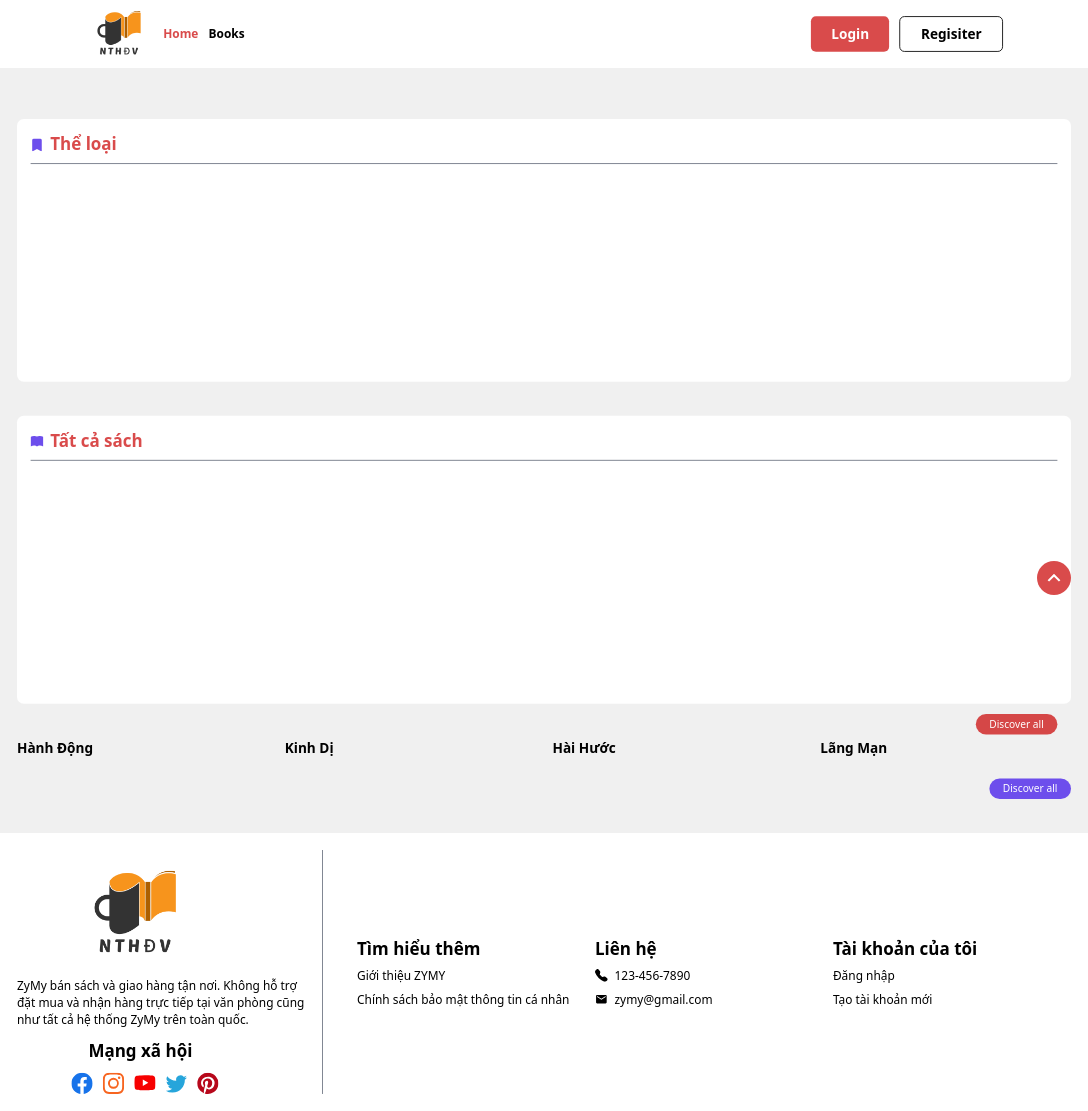
Repository: NguyenDinhThuyVy/website_selling_books
Page: / (app in FrontEnd/)
These files come from the project's save history. The page is drawn as it stood at one moment and after the next save; the edit follows.
The browser window is 1280 px wide. The pictures show the whole page, at 85% of full size.
The page's requests for data from a server got no answer. The project was rebuilt for these pictures with package versions that can differ from the ones it lists, and the page was loaded fresh each time. Some packages were replaced by stand-ins written for this rebuild. The framework's server and built-in components were replaced by stand-ins that run in the browser. No one was signed in, and anything a server would have sent is missing. Also part of the build but not shown: FrontEnd/next.config.js, FrontEnd/src/components/InforLogin/styles.scss, FrontEnd/src/components/InforLogin/index.jsx, FrontEnd/src/app/(default)/(public)/home/components/CategoryColumn/CategoryColumnContent/index.jsx, FrontEnd/src/styles/CategoryItem.scss, FrontEnd/src/app/(default)/(public)/home/components/CategoryItem/index.jsx, FrontEnd/src/app/(default)/(public)/home/components/BannerItem/index.jsx, FrontEnd/src/styles/BookItem.scss and 1 more.

Above is the page before, as saved 2023-12-10 14:55:16.

### FrontEnd/src/app/layout.jsx
'use client';

import classNames from 'classnames';
import { Inter, Montserrat } from 'next/font/google';
import Script from 'next/script';

import './globals.css';
import 'react-toastify/dist/ReactToastify.css';
import 'swiper/scss/scrollbar';
import 'swiper/scss/pagination';
import 'swiper/css/navigation';
import 'swiper/scss';
import '../../node_modules/nprogress/nprogress.css';
import 'sweetalert2/src/sweetalert2.scss';
import { ToastContainer } from 'react-toastify';
import { Provider } from 'react-redux';
import store from '@/redux/store';
import Backtop from '@/components/Backtop';

const inter = Inter({
  subsets: ['latin'],
  variable: '--font-inter',
});

const montserrat = Montserrat({
  subsets: ['latin'],
  variable: '--font-montserrat',
});

export default function RootLayout({ children }) {
  return (
    <html lang="en">
      <head>
        {/* <Script>
          {typeof window !== 'undefined' &&
            (function (w, d, s, l, i) {
              w[l] = w[l] || [];
              w[l].push({ 'gtm.start': new Date().getTime(), event: 'gtm.js' });
              var f = d.getElementsByTagName(s)[0],
                j = d.createElement(s),
                dl = l != 'dataLayer' ? '&l=' + l : '';
              j.async = true;
              j.src = 'https://www.googletagmanager.com/gtm.js?id=' + i + dl;
              f.parentNode.insertBefore(j, f);
            })(window, document, 'script', 'dataLayer', 'GTM-WV3P6XBH')}
        </Script> */}
        <Script
          async
          src="https://www.googletagmanager.com/gtag/js?id=G-Y35FP8XXTL"
        ></Script>
        <Script
          id="clarity_script"
          strategy="afterInteractive"
          dangerouslySetInnerHTML={{
            __html: `
              window.dataLayer = window.dataLayer || [];
              function gtag(){dataLayer.push(arguments);}
              gtag('js', new Date());
              gtag('config', 'G-Y35FP8XXTL');
            `,
          }}
        />
      </head>
      <body
        className={classNames(
          inter.variable,
          montserrat.variable,
          'flex flex-col min-h-screen'
        )}
      >
        <Provider store={store}>{children}</Provider>
        <ToastContainer autoClose={1000} />
        <Backtop />
      </body>
    </html>
  );
}

### FrontEnd/src/app/page.jsx
import React from 'react';

const HomePage = React.lazy(() => import('./(default)/(public)/home'));

export default HomePage;

### FrontEnd/src/app/globals.css
@tailwind base;
@tailwind components;
@tailwind utilities;

@layer base {
  body {
    background-color: #f0f0f0;
  }
  .wrapper-content {
    max-width: 1340px;
    margin: 0 auto;
    padding: 0 20px;
  }
  .book-list .swiper,
  .category-list .swiper,
  .list-comment .swiper {
    height: 100%;
  }
  .button-next,
  .button-prev {
    position: relative;
    z-index: 20;
  }
  .book-list .swiper .swiper-pagination {
    transform: translateY(12px);
    z-index: 20;
  }
}

### FrontEnd/src/redux/store.jsx
import { configureStore } from '@reduxjs/toolkit';
import rootReducer from './reducers/index';

const store = configureStore({
  reducer: rootReducer,
  // Các tùy chọn khác như middleware có thể được thêm ở đây
});

export default store;

### FrontEnd/src/components/Backtop/index.jsx
import Link from 'next/link';
import React from 'react';
import { MdOutlineKeyboardArrowUp } from 'react-icons/md';

const Backtop = () => {
  return (
    <span className="fixed bottom-5 right-5 rounded-full z-30 w-10 h-10 backtop bg-[#ce1515c4] flex items-center justify-center hover:bg-opacity-70 transition-all">
      <Link href="#" className="flex items-center justify-center w-full h-full">
        <MdOutlineKeyboardArrowUp size="30px" color="white" />
      </Link>
    </span>
  );
};

export default Backtop;

### FrontEnd/src/app/(default)/(public)/home/index.jsx
'use client';

import routes from '@/constant/routes';
import Link from 'next/link';
import Heading from '@/components/Heading';
import Header from '@/components/layout/Header';
import Footer from '@/components/layout/Footer';
import CategoryColumnHorror from './components/CategoryColumn/CategoryColumnHorror';
import Category from './components/Category';
import Banner from './components/Banner';
import { BsFillBookmarkFill, BsFillBookFill } from 'react-icons/bs';
import BookList from '@/components/BookList';
import CategoryColumnAction from './components/CategoryColumn/CategoryColumnAction';
import CategoryColumnRomance from './components/CategoryColumn/CategoryColumnRomance';
import CategoryComedy from './components/CategoryColumn/CategoryComedy';

export default function Home() {
  return (
    <main>
      <Header />
      <div className="banner">
        <Banner />
      </div>
      <div className="mt-10 wrapper-content">
        <div className="w-full p-4 bg-white rounded-lg">
          <div className="flex items-center pb-2 border-b border-b-gray-500 gap-x-2">
            <BsFillBookmarkFill size="15px" color="#6d4eec" />
            <Heading>Thể loại</Heading>
          </div>
          <Category />
        </div>
        <div className="w-full p-4 mt-10 bg-white rounded-lg">
          <div className="flex items-center pb-2 border-b border-b-gray-500 gap-x-2">
            <BsFillBookFill size="15px" color="#6d4eec" />
            <Heading>Tất cả sách</Heading>
          </div>
          <BookList />
        </div>
        <div className="flex mt-10 gap-x-5">
          <div className="w-1/4">
            <CategoryColumnAction />
          </div>
          <div className="w-1/4">
            <CategoryColumnHorror />
          </div>
          <div className="w-1/4">
            <CategoryComedy />
          </div>
          <div className="w-1/4">
            <CategoryColumnRomance />
          </div>
        </div>
        <span className="flex justify-end mt-3">
          <Link
            href={routes.ALLBOOK}
            className="inline-block py-1 text-xs px-4 bg-[#6d4eec] text-white rounded-3xl hover:bg-opacity-70 transition-all"
          >
            Discover all
          </Link>
        </span>
      </div>
      <Footer />
    </main>
  );
}

### FrontEnd/src/redux/reducers/index.jsx
import { combineReducers } from '@reduxjs/toolkit';
import menuReducer from './menuReducer';
import formAddReducer from './formAddReducer';
import globalReducer from './globalReducer';
import updateInforReducer from './updateInforReducer';

const rootReducer = combineReducers({
  menu: menuReducer,
  form: formAddReducer,
  darkMode: globalReducer,
  updateInfor: updateInforReducer,
  // Thêm các reducer khác ở đây
});

export default rootReducer;

### FrontEnd/src/components/Heading/index.jsx
const Heading = ({ children }) => {
  return (
    <div className="text-xl font-semibold text-[#ce1515c4]">{children}</div>
  );
};

export default Heading;

### FrontEnd/src/app/(default)/(public)/home/components/CategoryColumn/CategoryColumnHorror/index.jsx
'use client';

import React, { useState } from 'react';
import CategoryColumnContent from '../CategoryColumnContent';
import { getBookByCategory } from '@/services/bookService';
import { useEffect } from 'react';

const CategoryColumnHorror = () => {
  const [listBookHorror, setListBookHorror] = useState([]);
  const fetchBookByHorror = async () => {
    const res = await getBookByCategory('Horror');
    if (res && res?.data?.errCode === 0) {
      setListBookHorror(res?.data?.book);
    }
  };
  useEffect(() => {
    fetchBookByHorror();
  }, []);
  return (
    <>
      <h1 className="mb-3 font-semibold">Kinh Dị</h1>
      <div className="flex w-full gap-x-3">
        <div className="flex flex-col w-full bg-white rounded-lg">
          {listBookHorror?.length > 0 &&
            listBookHorror
              ?.slice(0, 5)
              ?.map((book, index) => (
                <CategoryColumnContent key={index} data={book} />
              ))}
        </div>
      </div>
    </>
  );
};

export default CategoryColumnHorror;

### FrontEnd/src/app/(default)/(public)/home/components/Category/index.jsx
'use client';

import CategoryItem from '../CategoryItem';
import { Swiper, SwiperSlide } from 'swiper/react';
import { Navigation, Pagination } from 'swiper';
import { useState } from 'react';
import { getAllCategory } from '@/services/categories';
import { useEffect } from 'react';

const Category = () => {
  const [listCategory, setListCategory] = useState([]);
  const fetchListCategory = async () => {
    const res = await getAllCategory();
    if (res && res?.data?.errCode === 0) {
      setListCategory(res?.data?.categories);
    }
  };
  useEffect(() => {
    fetchListCategory();
  }, []);
  return (
    <div className="mt-5 category-list h-[220px]">
      <Swiper
        modules={[Navigation, Pagination]}
        spaceBetween={20}
        slidesPerView={6}
        navigation
        grabCursor={'true'}
        pagination={{ clickable: true }}
      >
        {listCategory?.length > 0 &&
          listCategory?.map((category, index) => (
            <SwiperSlide key={index}>
              <CategoryItem category={category} />
            </SwiperSlide>
          ))}
      </Swiper>
    </div>
  );
};

export default Category;

### FrontEnd/src/app/(default)/(public)/home/components/Banner/index.jsx
'use client';

import { useState } from 'react';
import BannerItem from '../BannerItem';
import { Navigation, Pagination, Scrollbar, A11y } from 'swiper';
import { Swiper, SwiperSlide } from 'swiper/react';
import { getAllBookWithPagination } from '@/services/bookService';
import { useEffect } from 'react';

const Banner = () => {
  const [listBook, setListBook] = useState([]);
  const fectchBannerBook = async () => {
    const res = await getAllBookWithPagination(1, 4);
    if (res && res?.data) {
      setListBook(res?.data?.books);
    }
  };
  useEffect(() => {
    fectchBannerBook();
  }, []);
  return (
    <div className="mt-5 cursor-pointer">
      <Swiper
        modules={[Navigation, Pagination, Scrollbar, A11y]}
        slidesPerView={1}
        pagination={{ clickable: true }}
      >
        {listBook?.length > 0 &&
          listBook?.slice(0, 4)?.map((book, index) => (
            <SwiperSlide key={index}>
              <BannerItem book={book}></BannerItem>
            </SwiperSlide>
          ))}
      </Swiper>
    </div>
  );
};

export default Banner;

### FrontEnd/src/components/BookList/index.jsx
'use client';

import React, { useState } from 'react';
import { Swiper, SwiperSlide } from 'swiper/react';
import { Navigation, Pagination } from 'swiper';
import { getAllBookWithPagination } from '@/services/bookService';
import { useEffect } from 'react';
import Link from 'next/link';
import '../../styles/SwiperButton.scss';
import BookItem from '../BookItem';
import routes from '@/constant/routes';

const BookList = () => {
  const [listBook, setListBook] = useState([]);
  const fetchAllBook = async () => {
    const res = await getAllBookWithPagination(1, 100000);
    if (res && res?.data) {
      setListBook(res?.data?.books);
    }
  };
  useEffect(() => {
    fetchAllBook();
  }, []);
  return (
    <div className="mt-5 book-list h-[250px]">
      <Swiper
        modules={[Navigation, Pagination]}
        spaceBetween={20}
        slidesPerView={6}
        navigation
        grabCursor={'true'}
        pagination={{ clickable: true }}
      >
        {listBook?.length > 0 &&
          listBook?.slice(0, 11)?.map((book, index) => (
            <SwiperSlide key={index}>
              <BookItem data={book} />
            </SwiperSlide>
          ))}
      </Swiper>
      <span className="flex justify-end mt-7">
        <Link
          href={routes.ALLBOOK}
          className="inline-block py-1 text-xs px-4 bg-[#ce1515c4] text-white rounded-3xl hover:bg-opacity-70 transition-all"
        >
          Discover all
        </Link>
      </span>
    </div>
  );
};

export default BookList;

### FrontEnd/src/app/(default)/(public)/home/components/CategoryColumn/CategoryColumnAction/index.jsx
'use client';

import React, { useEffect, useState } from 'react';
import CategoryColumnContent from '../CategoryColumnContent';
import { getBookByCategory } from '@/services/bookService';

const CategoryColumnAction = () => {
  const [listBookAction, setListBookAction] = useState([]);
  const fetchBookByAction = async () => {
    const res = await getBookByCategory('Action');
    if (res && res?.data?.errCode === 0) {
      setListBookAction(res?.data?.book);
    }
  };
  useEffect(() => {
    fetchBookByAction();
  }, []);
  return (
    <>
      <h1 className="mb-3 font-semibold">Hành Động</h1>
      <div className="flex w-full gap-x-3">
        <div className="flex flex-col w-full bg-white rounded-lg">
          {listBookAction?.length > 0 &&
            listBookAction
              ?.slice(0, 5)
              ?.map((book, index) => (
                <CategoryColumnContent key={index} data={book} />
              ))}
        </div>
      </div>
    </>
  );
};

export default CategoryColumnAction;

### FrontEnd/src/app/(default)/(public)/home/components/CategoryColumn/CategoryColumnRomance/index.jsx
'use client';

import React, { useEffect, useState } from 'react';
import CategoryColumnContent from '../CategoryColumnContent';
import { getBookByCategory } from '@/services/bookService';

const CategoryColumnRomance = () => {
  const [listBookRomance, setListBookRomance] = useState([]);
  const fetchBookByRomance = async () => {
    const res = await getBookByCategory('Romance');
    if (res && res?.data?.errCode === 0) {
      setListBookRomance(res?.data?.book);
    }
  };
  useEffect(() => {
    fetchBookByRomance();
  }, []);
  return (
    <>
      <h1 className="mb-3 font-semibold">Lãng Mạn</h1>
      <div className="flex w-full gap-x-3">
        <div className="flex flex-col w-full bg-white rounded-lg">
          {listBookRomance?.length > 0 &&
            listBookRomance
              ?.slice(0, 5)
              ?.map((book, index) => (
                <CategoryColumnContent key={index} data={book} />
              ))}
        </div>
      </div>
    </>
  );
};

export default CategoryColumnRomance;

### FrontEnd/src/app/(default)/(public)/home/components/CategoryColumn/CategoryComedy/index.jsx
'use client';

import React, { useEffect, useState } from 'react';
import CategoryColumnContent from '../CategoryColumnContent';
import { getBookByCategory } from '@/services/bookService';

const CategoryComedy = () => {
  const [listBookComedy, setBookListComedy] = useState([]);
  const fetchBookByComedy = async () => {
    const res = await getBookByCategory('Comedy');
    if (res && res?.data?.errCode === 0) {
      setBookListComedy(res?.data?.book);
    }
  };
  useEffect(() => {
    fetchBookByComedy();
  }, []);
  return (
    <>
      <h1 className="mb-3 font-semibold">Hài Hước</h1>
      <div className="flex w-full gap-x-3">
        <div className="flex flex-col w-full bg-white rounded-lg">
          {listBookComedy?.length > 0 &&
            listBookComedy
              ?.slice(0, 5)
              ?.map((book, index) => (
                <CategoryColumnContent key={index} data={book} />
              ))}
        </div>
      </div>
    </>
  );
};

export default CategoryComedy;

### FrontEnd/src/redux/reducers/menuReducer.jsx
// reducers/counterSlice.ts
import { createSlice } from '@reduxjs/toolkit';

const initialState = {
  collapsed: false,
};
const menuSlice = createSlice({
  name: 'counter',
  initialState,
  reducers: {
    toggleMenu: (state) => {
      state.collapsed = !state.collapsed;
    },
  },
});

export const { toggleMenu } = menuSlice.actions;
export default menuSlice.reducer;

### FrontEnd/src/redux/reducers/formAddReducer.jsx
import { createSlice } from '@reduxjs/toolkit';

const initialState = {
  current: 0,
  firstForm: {},
  firstFormEdit: {},
  checkAdd: false,
  mainImage: [],
  errorMainImage: '',
  descImage: [],
  errorDescImage: '',
};
const FormAddSlice = createSlice({
  name: 'formAdd',
  initialState,
  reducers: {
    /* step form */
    nextForm: (state) => {
      state.current += 1;
    },
    prevForm: (state) => {
      state.current = state.current - 1;
    },
    /* first form */
    saveFirstForm: (state, action) => {
      state.firstForm = action.payload;
    },
    /* first form edit */
    saveFirstFormEdit: (state, action) => {
      state.firstFormEdit = action.payload;
    },
    /* check form add */
    onCheckAdd: (state) => {
      state.checkAdd = true;
    },
    offCheckAdd: (state) => {
      state.checkAdd = false;
    },
    /* main image */
    saveMainImage: (state, action) => {
      state.mainImage = action.payload;
    },
    saveErrorMainImage: (state, action) => {
      state.errorMainImage = action.payload;
    },
    /* desc image */
    saveDescImage: (state, action) => {
      state.descImage = action.payload;
    },
    saveErrorDescImage: (state, action) => {
      state.errorDescImage = action.payload;
    },
  },
});

export const {
  nextForm,
  prevForm,
  saveFirstForm,
  saveFirstFormEdit,
  onCheckAdd,
  offCheckAdd,
  saveMainImage,
  saveErrorMainImage,
  saveDescImage,
  saveErrorDescImage,
} = FormAddSlice.actions;
export default FormAddSlice.reducer;

### FrontEnd/src/redux/reducers/globalReducer.jsx
import { createSlice } from '@reduxjs/toolkit';

const initialState = {
  darkMode: false,
};
const globalReducer = createSlice({
  name: 'global',
  initialState,
  reducers: {
    toggleDarkMode: (state, actions) => {
      return {
        ...state,
        darkMode: actions.payload,
      };
    },
  },
});

export const { toggleDarkMode } = globalReducer.actions;
export default globalReducer.reducer;

### FrontEnd/src/redux/reducers/updateInforReducer.jsx
import { createSlice } from '@reduxjs/toolkit';

const initialState = {
  isUpdate: false,
};
const updateInforReducer = createSlice({
  name: 'update',
  initialState,
  reducers: {
    updateReducer: (state) => {
      return {
        ...state,
        isUpdate: !state.isUpdate,
      };
    },
  },
});

export const { updateReducer } = updateInforReducer.actions;
export default updateInforReducer.reducer;

### FrontEnd/src/components/Button/index.jsx
'use client';
import React from 'react';
import { useRouter } from 'next/navigation';

const Button = ({
  type = 'submit',
  kind,
  children,
  to,
  isBorder = false,
  ...props
}) => {
  const router = useRouter();
  let bgcClassName = '';
  let colorText = '';
  switch (kind) {
    case 'primary':
      bgcClassName = 'bg-[#ce1515c4]';
      colorText = 'text-white';
      break;
    case 'secondary':
      bgcClassName = 'bg-white';
      colorText = 'text-black';
      break;
    default:
      break;
  }
  if (to) {
    return (
      <button
        type={type}
        className={`px-6 py-2 w-max text-base font-semibold cursor-pointer rounded-md hover:opacity-80 transition-all ${bgcClassName} ${colorText} ${
          isBorder ? 'border border-black' : ''
        }`}
        onClick={() => router.push(to)}
      >
        {children}
      </button>
    );
  }
  return (
    <button
      type={type}
      className={`px-6 py-2 w-max text-base font-semibold cursor-pointer rounded-md hover:opacity-80 transition-all ${bgcClassName} ${colorText} ${
        isBorder ? 'border border-black' : ''
      }`}
      {...props}
    >
      {children}
    </button>
  );
};

export default Button;

### FrontEnd/src/styles/SwiperButton.scss
.swiper-button-next,
.swiper-button-prev {
  width: 25px !important;
  height: 25px !important;
  background-color: #c53f3fc4 !important;
  border-radius: 50%;
  z-index: 100 !important;
}
.swiper-button-next::after,
.swiper-button-prev::after {
  color: white;
  font-size: 10px !important;
  font-weight: 800;
}
.swiper-button-next::after {
  transform: translate(1px, 1px);
}
.swiper-button-prev::after {
  transform: translateY(1px);
}

Loaded but not shown: FrontEnd/src/utils/axiosCustomize.js (47 lines, source omitted); FrontEnd/src/services/bookService.js (42 lines, source omitted); FrontEnd/tailwind.config.js (33 lines, source omitted); FrontEnd/src/constant/routes.js (29 lines, source omitted); FrontEnd/src/services/categories.js (7 lines, source omitted); FrontEnd/src/components/layout/Footer/index.jsx (97 lines, source omitted); FrontEnd/src/components/layout/Header/index.jsx (69 lines, source omitted)

After the next save:
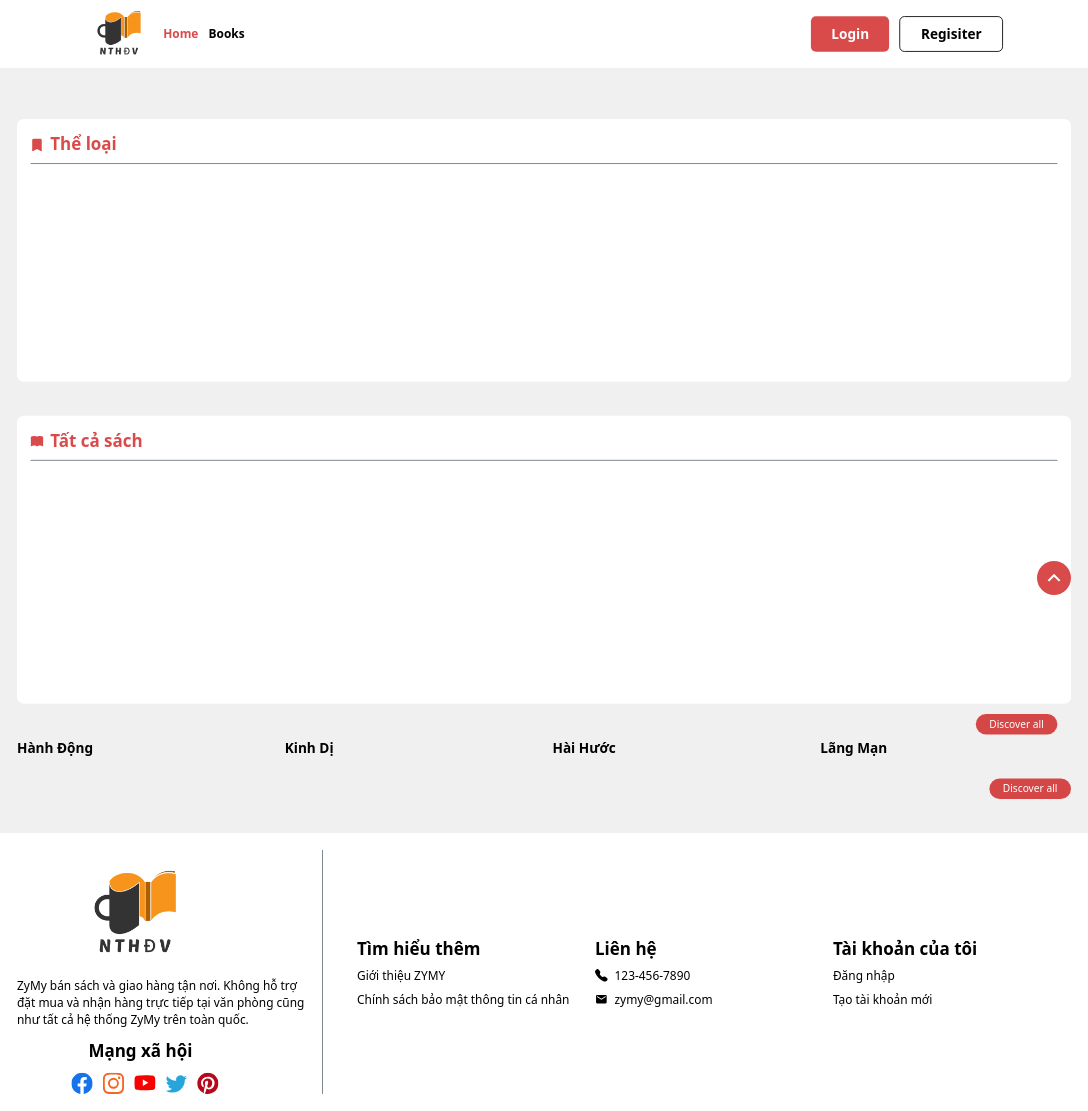
Saved 9 min 34 s later.
--- a/FrontEnd/src/app/(default)/(public)/home/index.jsx
+++ b/FrontEnd/src/app/(default)/(public)/home/index.jsx
@@ -24,14 +24,14 @@ export default function Home() {
       <div className="mt-10 wrapper-content">
         <div className="w-full p-4 bg-white rounded-lg">
           <div className="flex items-center pb-2 border-b border-b-gray-500 gap-x-2">
-            <BsFillBookmarkFill size="15px" color="#6d4eec" />
+            <BsFillBookmarkFill size="15px" color="#ce1515c4" />
             <Heading>Thể loại</Heading>
           </div>
           <Category />
         </div>
         <div className="w-full p-4 mt-10 bg-white rounded-lg">
           <div className="flex items-center pb-2 border-b border-b-gray-500 gap-x-2">
-            <BsFillBookFill size="15px" color="#6d4eec" />
+            <BsFillBookFill size="15px" color="#ce1515c4" />
             <Heading>Tất cả sách</Heading>
           </div>
           <BookList />
@@ -53,7 +53,7 @@ export default function Home() {
         <span className="flex justify-end mt-3">
           <Link
             href={routes.ALLBOOK}
-            className="inline-block py-1 text-xs px-4 bg-[#6d4eec] text-white rounded-3xl hover:bg-opacity-70 transition-all"
+            className="inline-block py-1 text-xs px-4 bg-[#ce1515c4] text-white rounded-3xl hover:bg-opacity-70 transition-all"
           >
             Discover all
           </Link>
